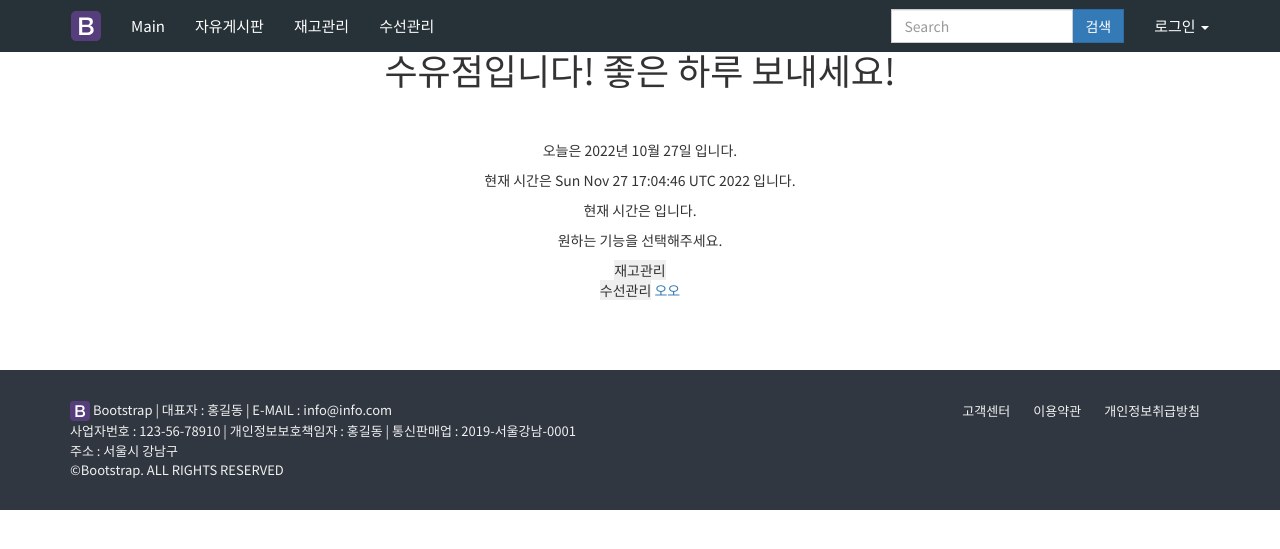
Repository: RattenLegs/Project_Inventory
Page: http://localhost/Project_Inventory/WEB-INF/views/home.jsp
An editor plug-in stored every save of this project. The page is shown before and after the next save, followed by the edit.
The browser window is 1280 px wide. The pictures show the whole page.
Some web libraries are served in a nearby version. The page is served by Tomcat 9. Nobody is signed in. The template is opened directly, without the code that normally fills it, so the values that code supplies are empty.

Above is the page before, as saved 2022-12-03 02:12:03.

After the next save:
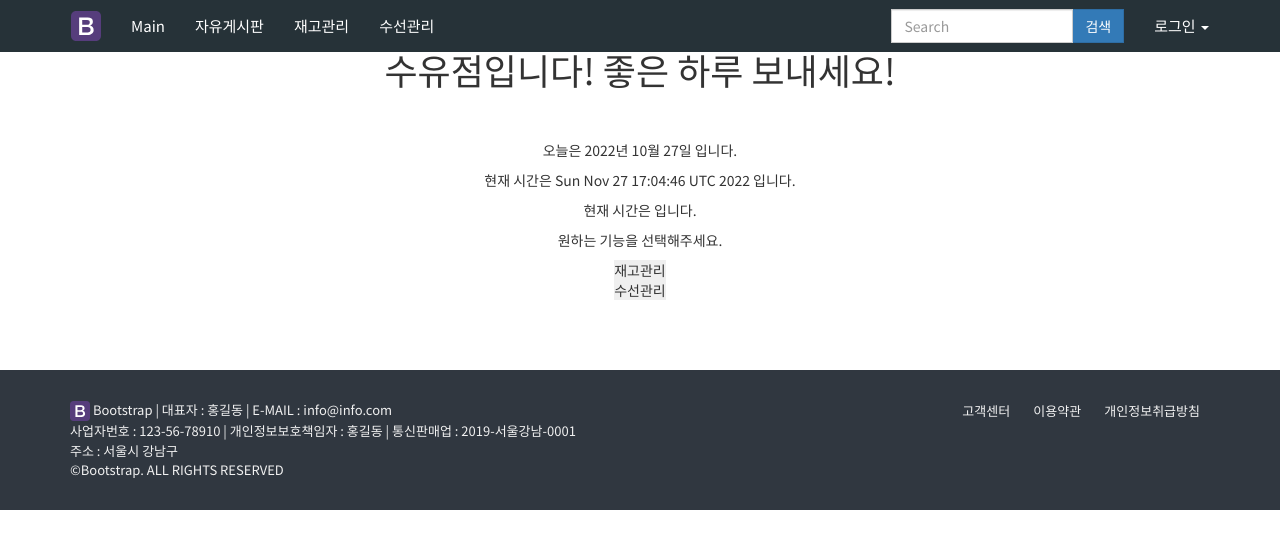
Saved 21 s later.
--- a/Project_Inventory/src/main/webapp/WEB-INF/views/home.jsp
+++ b/Project_Inventory/src/main/webapp/WEB-INF/views/home.jsp
@@ -37,7 +37,7 @@
 			<button>재고관리</button>
 			<p>
 			<button type="button" onclick="goRepairList();">수선관리</button>
-			<a href="<c:url value='/repairboard/repairList' />">오오</a>
+<%-- 			<a href="<c:url value='/repairboard/repairList' />">오오</a> --%>
 		</div>
 	</section>
 </body>
